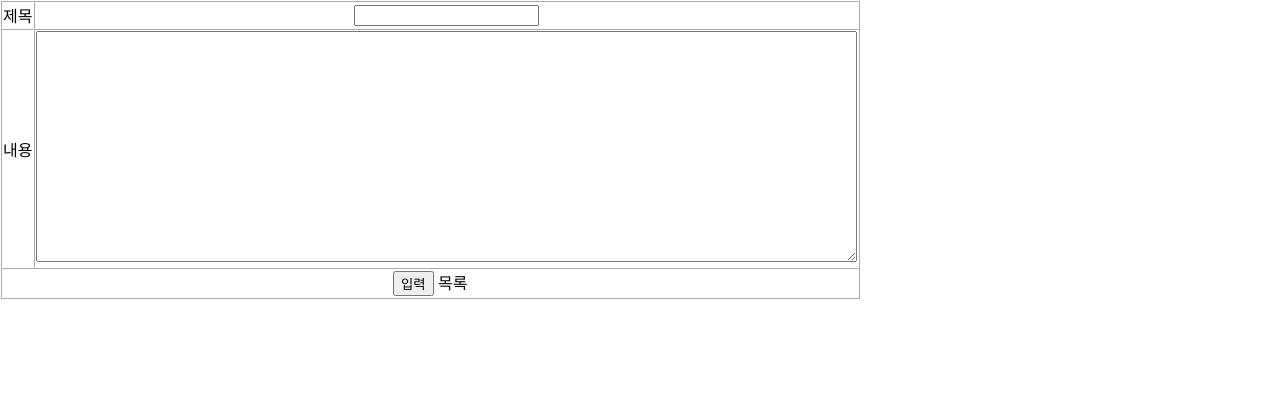
Repository: KOOBONMOO/koo
Page: http://localhost/portfolio/board/write.jsp
An editor plug-in stored every save of this project. The page is shown before and after the next save, followed by the edit.
The browser window is 1280 px wide. The pictures show the whole page.
Some web fonts or font styles are not loaded; a fallback is used. The page is served by Tomcat 9. Other server files are loaded and not shown.

Above is the page before, as saved 2020-11-17 02:51:31.

### portfolio/WebContent/board/write.jsp
<%@ page language="java" contentType="text/html; charset=UTF-8"
    pageEncoding="UTF-8"%>

<!DOCTYPE html>
<html lang="ko-kr">
<head>
<meta charset="UTF-8">
<meta name="description" content="HTML Study">
<meta name="keywords" content="HTML,CSS,XML,JavaScript">
<meta name="author" content="Bruce">
<meta name="viewport" content="width=device-width, initial-scale=1.0">
<title>Insert title here</title>
<link href="../css/board_combination.css" rel="stylesheet" type="text/css" >
</head>
<body>
	<form method="post" action="writeOK.do">
		<table border="1">
			<tr>
				<td>제목</td><td><input type="text" name="title" /></td>
			</tr>
			<tr>
				<td>내용</td><td><textarea name="contents" cols="100" rows="15"></textarea></td>
			</tr>
			<tr>
				<td colspan="2"><input type="submit" value="입력"> <a href="list.do">목록</a></td>
			</tr>
		</table>
	</form>
</body>
</html>

### portfolio/WebContent/css/board_combination.css
@import url('common.css');
body{
	text-align: center;

}

.con{
		display:flex;
	justify-content:center;
}
table {
    display: table;
    border-collapse: separate;
    box-sizing: border-box;
    border-spacing: 0.5px;
    border-color: white;

    border-top-width: 0.5px;
    border-right-width: 0.5px;
    border-bottom-width: 0.5px;
    border-left-width: 0.5px;
}

### portfolio/WebContent/css/common.css
@import url('https://fonts.googleapis.com/css2?family=Sunflower:wght@300&display=swap');


* {
    font-family: 'Permanent Marker';
    font-family: 'Sunflower', sans-serif;
}


html,
body {
    margin: 0;
}

ul,
li {
    margin: 0;
    padding: 0;
    list-style: none;
}

h1,
h2,
h3,
h4,
h5,
h6,
figure,
figcaption {
    margin: 0;
    padding: 0;
}

a {
    text-decoration: none;
    color: #000;
}

* {
    box-sizing: border-box;
}

After the next save:
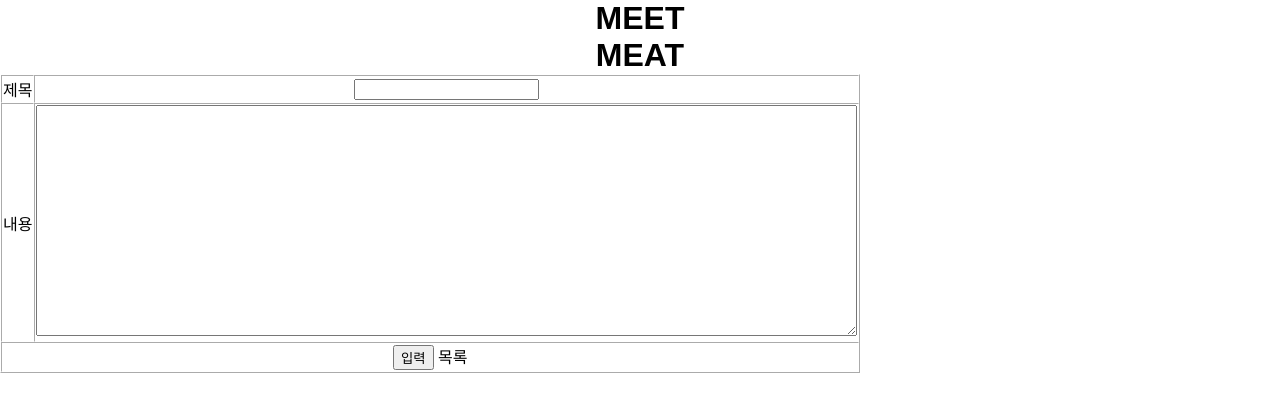
Saved 6 s later.
--- a/portfolio/WebContent/board/write.jsp
+++ b/portfolio/WebContent/board/write.jsp
@@ -13,6 +13,9 @@
 <link href="../css/board_combination.css" rel="stylesheet" type="text/css" >
 </head>
 <body>
+	<a href="../main/main.jsp">
+		<h1>MEET<br>MEAT</h1>
+	</a>
 	<form method="post" action="writeOK.do">
 		<table border="1">
 			<tr>
